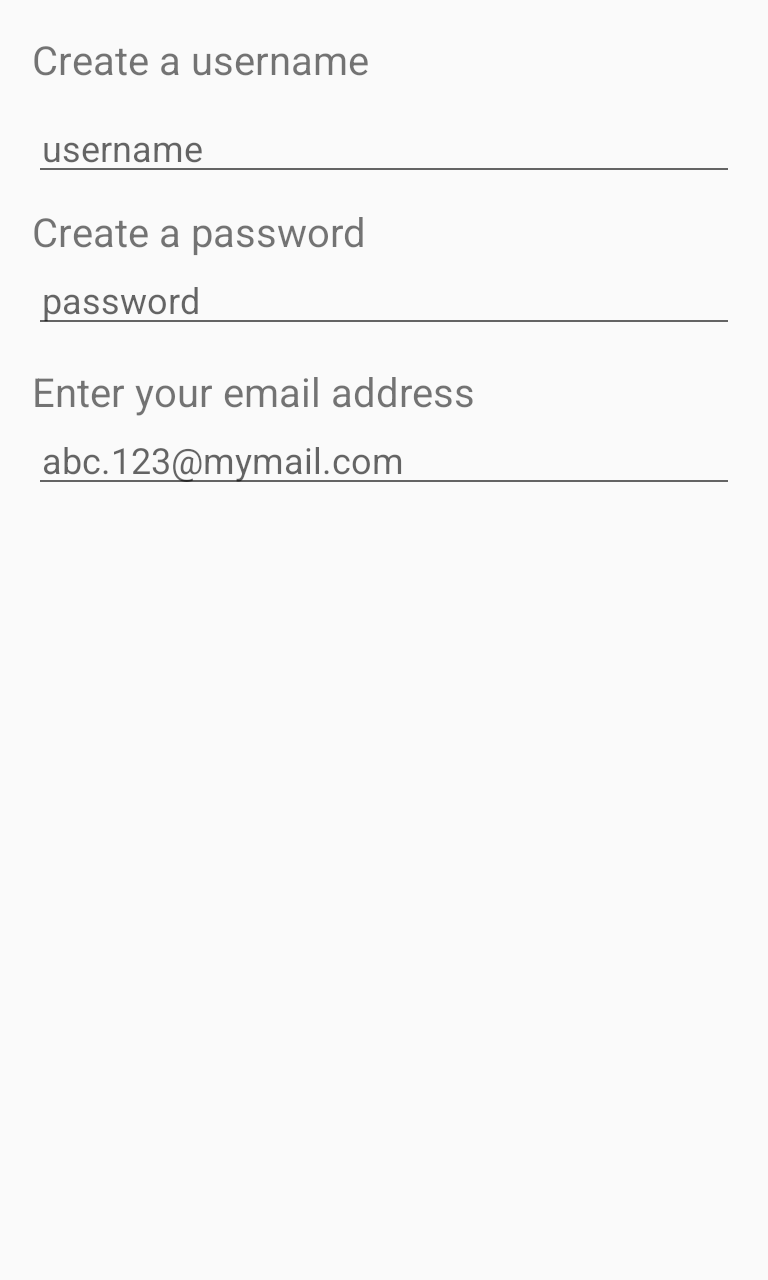
Repository: israelhill/Noteworthy
Layout: Noteworthy/res/layout/fragment_sign_up.xml
These files come from the project's save history. The layout is drawn as it stood at one moment and after the next save; the edit follows.
It is drawn on a 768 x 1280 px phone screen (xhdpi) without system bars, with theme AppTheme; the app's code is not run.

Above is the layout before, as saved 2014-09-06 10:54:38.

After the next save:
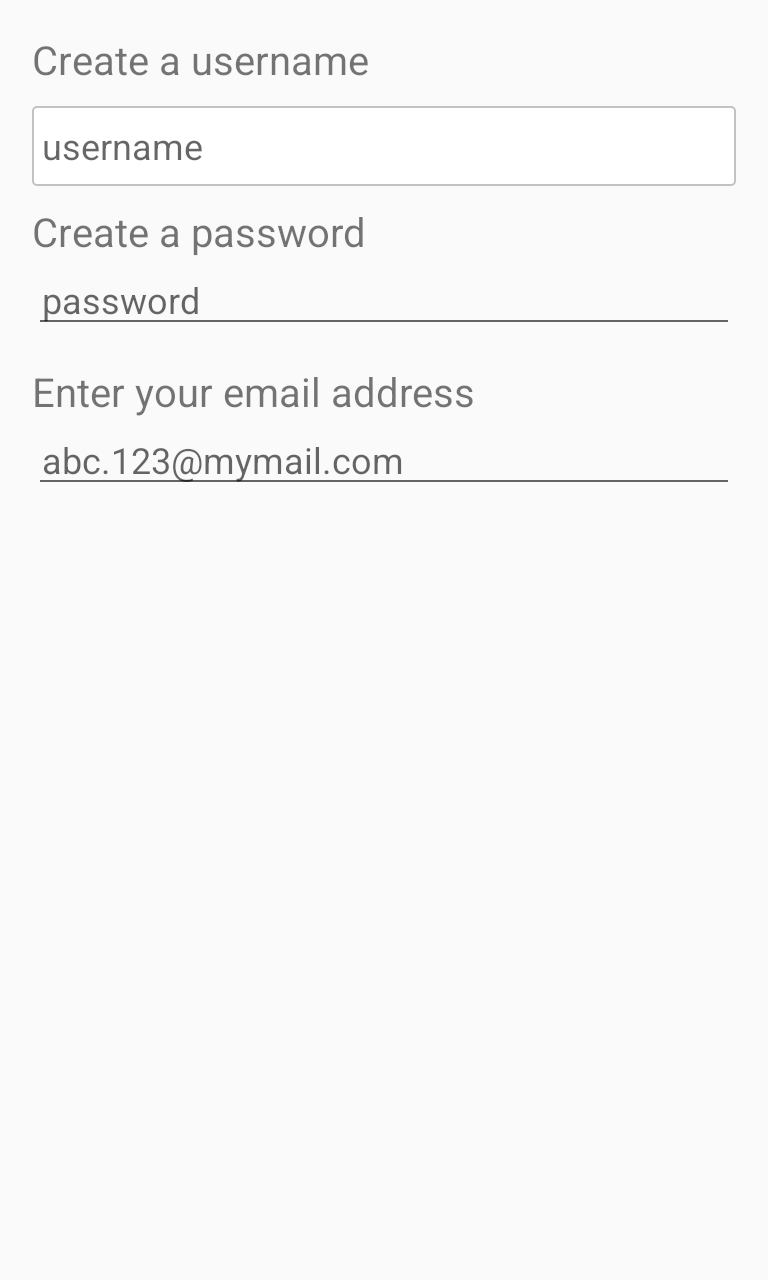
Saved 42 s later.
--- a/Noteworthy/res/layout/fragment_sign_up.xml
+++ b/Noteworthy/res/layout/fragment_sign_up.xml
@@ -22,7 +22,8 @@
     android:hint="@string/username"
     android:layout_marginBottom="9dp"
     android:layout_marginTop="10dp"
-    android:paddingLeft="5dp"/>
+    android:paddingLeft="5dp"
+    android:background="@drawable/sign_up_fields"/>
 
     <TextView
         android:layout_width="wrap_content"
